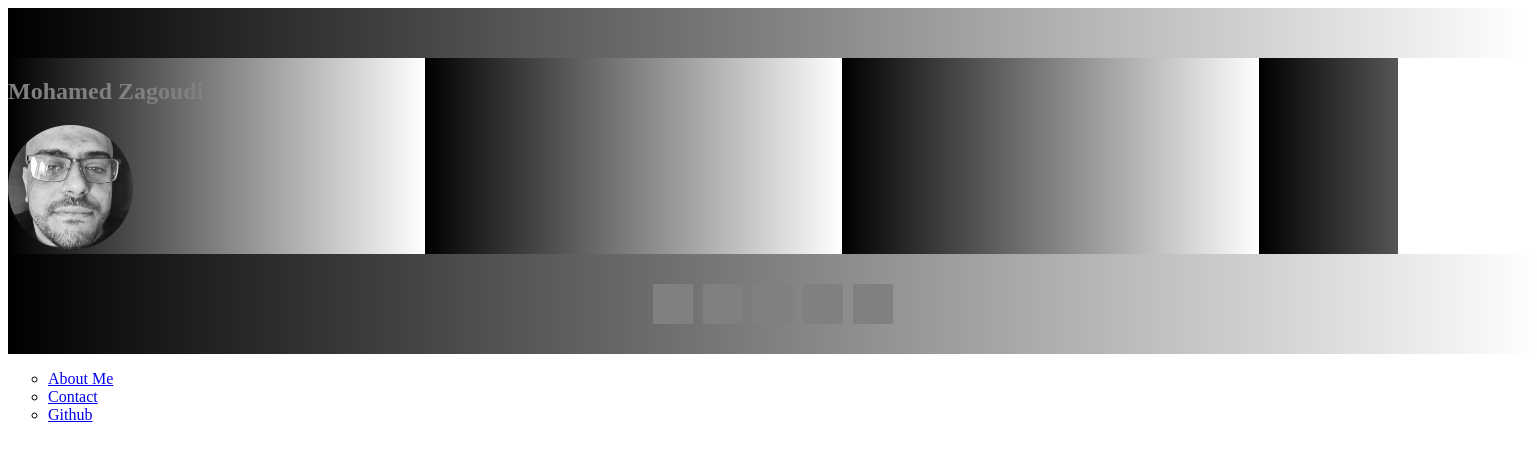
Repository: Mohzagou/Eersteportofolio
Page: index.html
These files come from the project's save history. The page is drawn as it stood at one moment and after the next save; the edit follows.
The browser window is 1280 px wide. The page is 1537 px wide, so the pictures cover 1537 px, including what lies to the right of the window. The pictures show the whole page.

Above is the page before, as saved 2022-06-07 22:49:46.

### index.html
<!DOCTYPE html>


<head>
    <link rel="stylesheet" href="styles.css" />
    <meta charset="UTF-8">

    <title>Document</title>
</head>

<body>

    <header></header>
    <div class="about-me">
        <h2 id="name">Mohamed Zagoudi</h2>
        <img class="avatar" src="images/67gwzvy.jpeg" alt="Mohamed Zagoudi headshot">


        <section>
            <div class="test"></div>
            <div class="test"></div>
            <div class="test"></div>
            <div class="test"></div>
            <div class="test"></div>
        </section>
        <footer>
            <ul style="list-style-type: circle ">
                <li><a href=" ">About Me</a></li>
                <li><a href=" ">Contact</a></li>
                <li><a href="https://github.com/Mohzagou ">Github</a></li>

            </ul>

        </footer>



</body>



</html>

### styles.css
body {
    display: flex;
    flex-direction: column;
}

header {
    width: 120%;
    height: 50px;
    background-image: linear-gradient(to right, black, grey, white);
    /*background-color: rgb(113, 74, 145);*/
}

section {
    width: 110%;
    height: 100px;
    background-image: linear-gradient(to right, black, grey, white);
    background-color: #234def;
    display: flex;
    align-items: center;
    justify-content: center;
}

.about-me {
    width: 110%;
    height: 200px;
    background-image: repeating-linear-gradient(to right, black, grey, white 30%);
    /*background-color: rgb(177, 69, 21, 0.8);*/
    /*margin: 10px 0 10px 0;
    border: solid black 10px;
    border-radius: 15px;*/
}

.avatar {
    width: 125px;
    border-radius: 62px;
    background-image: repeating-linear-gradient(to right, black, grey, 110%);
}

#name {
    color: grey;
}

.test {
    width: 40px;
    height: 40px;
    background-color: grey;
    margin: 5px;
}

After the next save:
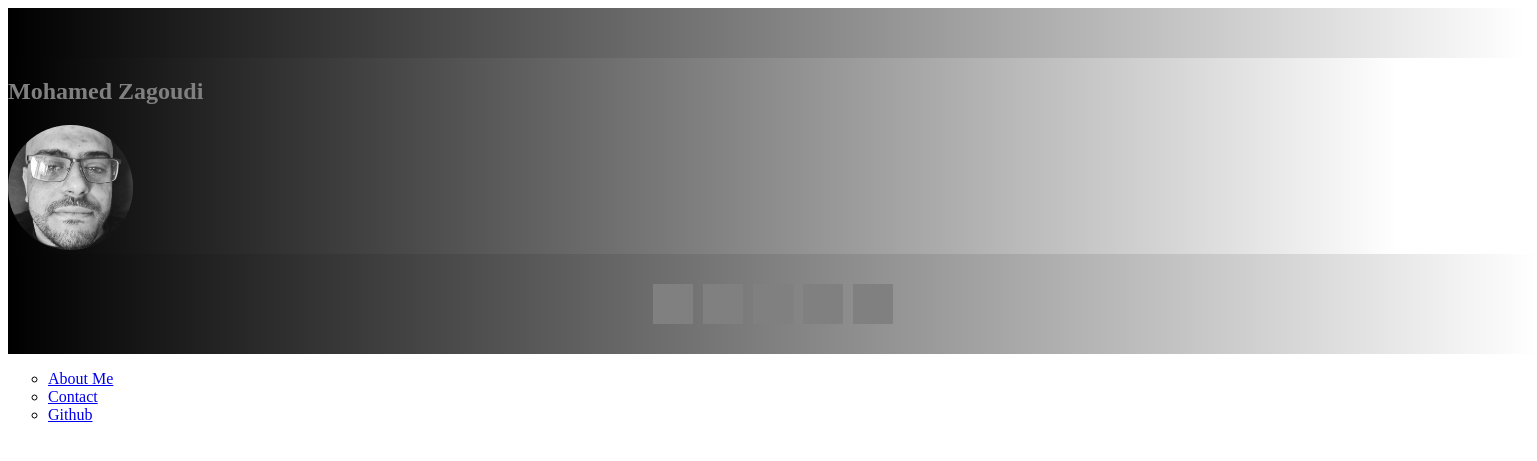
Saved 6 s later.
--- a/styles.css
+++ b/styles.css
@@ -23,7 +23,7 @@ section {
 .about-me {
     width: 110%;
     height: 200px;
-    background-image: repeating-linear-gradient(to right, black, grey, white 30%);
+    background-image: repeating-linear-gradient(to right, black, grey, white 100%);
     /*background-color: rgb(177, 69, 21, 0.8);*/
     /*margin: 10px 0 10px 0;
     border: solid black 10px;
